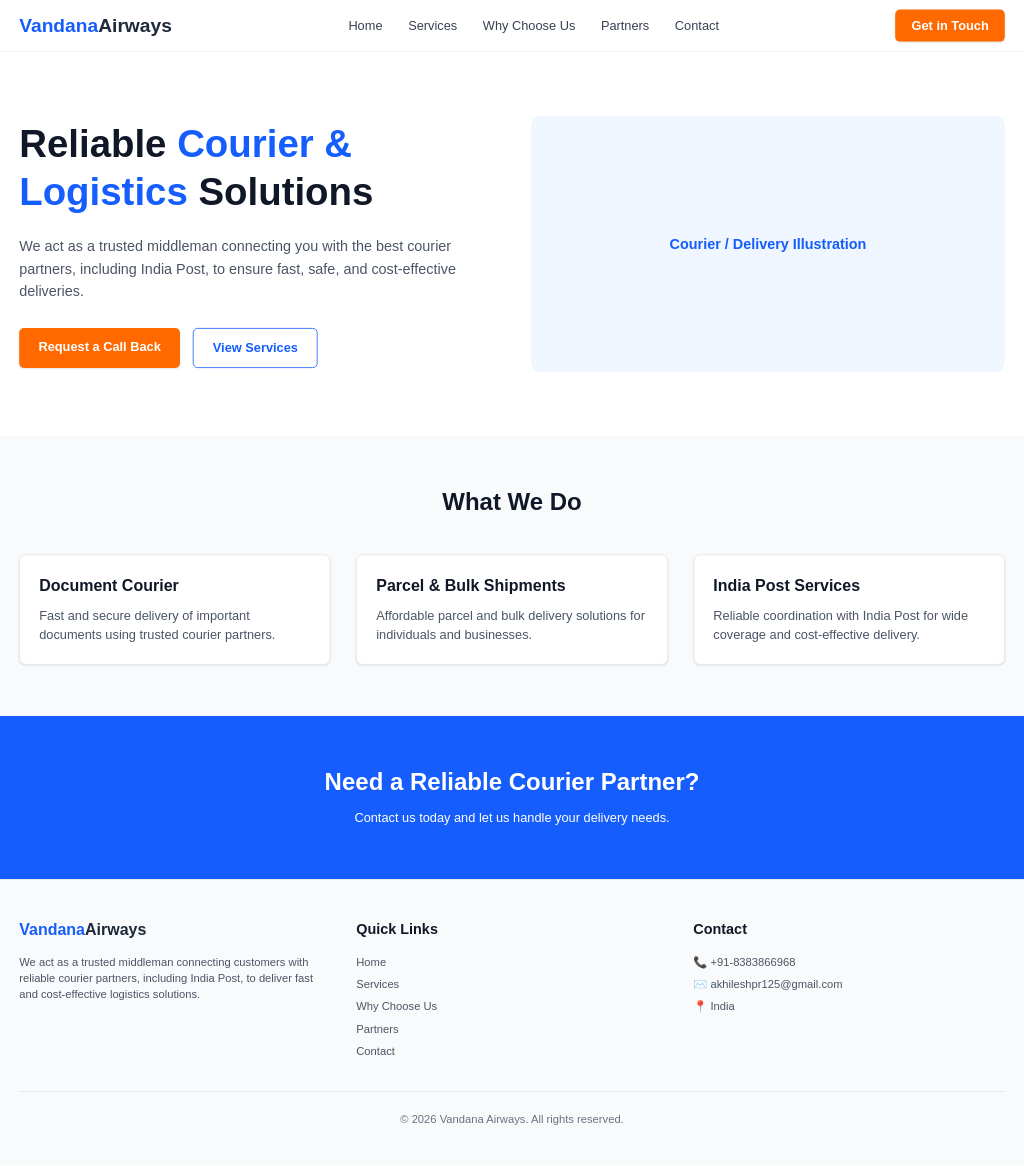
Repository: Rohit-foryou/Courier-Portfolio
Page: /
The author's editor kept a copy of each file at every save. The page is drawn from the files as they stood at one save, then again after the next save.
The browser window is 1280 px wide. The pictures show the whole page, at 80% of full size.
The project was rebuilt for these pictures with package versions that can differ from the ones it lists, and the page was loaded fresh each time. The framework's server and built-in components were replaced by stand-ins that run in the browser. Also part of the build but not shown: next.config.ts.

Above is the page before, as saved 2026-02-07 16:38:37.

### app/layout.tsx
import "./globals.css";
import Navbar from "../components/Navbar";
import Footer from "../components/Fotter";

export const metadata = {
  title: "Courier Portfolio",
  description: "Courier & logistics service portfolio website",
};

export default function RootLayout({
  children,
}: {
  children: React.ReactNode;
}) {
  return (
    <html lang="en">
      <body>
        <Navbar />
        <main className="min-h-screen">{children}</main>
        <Footer />
      </body>
    </html>
  );
}

### app/page.tsx
import HeroSection from "../components/HeroSection";
import ServicesOverview from "../components/ServiceOverview";
import CTASection from "../components/CTASection";

export default function HomePage() {
  return (
    <>
      <HeroSection />
      <ServicesOverview />
      <CTASection />
    </>
  );
}

### components/Navbar.tsx
import Link from "next/link";

export default function Navbar() {
  return (
    <nav className="w-full bg-white border-b border-gray-100">
      <div className="max-w-7xl mx-auto px-6">
        <div className="flex items-center justify-between h-16">

          {/* Logo */}
          <div className="flex items-center">
            <span className="text-2xl font-bold text-blue-600">
              Vandana<span className="text-gray-800">Airways</span>
            </span>
          </div>

          {/* Navigation Links */}
          <div className="hidden md:flex items-center space-x-8 text-gray-700 font-medium">
            <Link href="/" className="hover:text-blue-600 transition">
              Home
            </Link>
            <Link href="/services" className="hover:text-blue-600 transition">
              Services
            </Link>
            <Link href="/why-choose-us" className="hover:text-blue-600 transition">
              Why Choose Us
            </Link>
            <Link href="/partners" className="hover:text-blue-600 transition">
              Partners
            </Link>
            <Link href="/contact" className="hover:text-blue-600 transition">
              Contact
            </Link>
          </div>

          {/* CTA Button */}
          <div className="flex items-center">
            <Link
              href="/contact"
              className="bg-orange-500 text-white px-5 py-2 rounded-md font-semibold hover:bg-orange-600 transition shadow-sm"
            >
              Get in Touch
            </Link>
          </div>
        </div>
      </div>
    </nav>
  );
}

### components/Fotter.tsx
import Link from "next/link";

export default function Footer() {
  return (
    <footer className="bg-gray-50 border-t border-gray-200">
      <div className="max-w-7xl mx-auto px-6 py-12">

        <div className="grid grid-cols-1 md:grid-cols-3 gap-8">

          {/* Brand / About */}
          <div>
            <h3 className="text-xl font-bold text-blue-600">
              Vandana<span className="text-gray-800">Airways</span>
            </h3>
            <p className="mt-4 text-gray-600 text-sm">
              We act as a trusted middleman connecting customers with reliable
              courier partners, including India Post, to deliver fast and
              cost-effective logistics solutions.
            </p>
          </div>

          {/* Quick Links */}
          <div>
            <h4 className="text-lg font-semibold text-gray-900">
              Quick Links
            </h4>
            <ul className="mt-4 space-y-2 text-gray-600 text-sm">
              <li><Link href="/">Home</Link></li>
              <li><Link href="/services">Services</Link></li>
              <li><Link href="/why-choose-us">Why Choose Us</Link></li>
              <li><Link href="/partners">Partners</Link></li>
              <li><Link href="/contact">Contact</Link></li>
            </ul>
          </div>

          {/* Contact Info */}
          <div>
            <h4 className="text-lg font-semibold text-gray-900">
              Contact
            </h4>
            <ul className="mt-4 space-y-2 text-gray-600 text-sm">
              <li>📞 +91-8383866968</li>
              <li>✉️ akhileshpr125@gmail.com</li>
              <li>📍 India</li>
            </ul>
          </div>

        </div>

        {/* Bottom Bar */}
        <div className="mt-10 border-t border-gray-200 pt-6 text-center text-sm text-gray-500">
          © {new Date().getFullYear()} Vandana Airways. All rights reserved.
        </div>
      </div>
    </footer>
  );
}

### components/HeroSection.tsx
import Link from "next/link";

export default function HeroSection() {
  return (
    <section className="bg-white">
      <div className="max-w-7xl mx-auto px-6 py-20 grid grid-cols-1 md:grid-cols-2 gap-12 items-center">

        {/* Left Content */}
        <div>
          <h1 className="text-4xl md:text-5xl font-bold text-gray-900 leading-tight">
            Reliable <span className="text-blue-600">Courier & Logistics</span>{" "}
            Solutions
          </h1>

          <p className="mt-6 text-lg text-gray-600">
            We act as a trusted middleman connecting you with the best courier
            partners, including India Post, to ensure fast, safe, and
            cost-effective deliveries.
          </p>

          {/* CTA Buttons */}
          <div className="mt-8 flex flex-wrap gap-4">
            <Link
              href="/contact"
              className="bg-orange-500 text-white px-6 py-3 rounded-md font-semibold hover:bg-orange-600 transition shadow-sm"
            >
              Request a Call Back
            </Link>

            <Link
              href="/services"
              className="border border-blue-600 text-blue-600 px-6 py-3 rounded-md font-semibold hover:bg-blue-50 transition"
            >
              View Services
            </Link>
          </div>
        </div>

        {/* Right Visual */}
        <div className="flex justify-center">
          <div className="w-full h-72 md:h-80 bg-blue-50 rounded-xl flex items-center justify-center text-blue-600 font-semibold text-lg">
            Courier / Delivery Illustration
          </div>
        </div>

      </div>
    </section>
  );
}

### components/ServiceOverview.tsx
import ServiceCard from "./ServiceCard";

export default function ServiceOverview() {
  return (
    <section className="bg-gray-50 py-16">
      <div className="max-w-7xl mx-auto px-6">
        <h2 className="text-3xl font-bold text-center text-gray-900">
          What We Do
        </h2>

        <div className="mt-12 grid grid-cols-1 md:grid-cols-3 gap-8">
          <ServiceCard
            title="Document Courier"
            description="Fast and secure delivery of important documents using trusted courier partners."
          />
          <ServiceCard
            title="Parcel & Bulk Shipments"
            description="Affordable parcel and bulk delivery solutions for individuals and businesses."
          />
          <ServiceCard
            title="India Post Services"
            description="Reliable coordination with India Post for wide coverage and cost-effective delivery."
          />
        </div>
      </div>
    </section>
  );
}

### components/CTASection.tsx
export default function CTASection() {
  return (
    <section className="bg-blue-600 py-16 text-center text-white">
      <h2 className="text-3xl font-bold">
        Need a Reliable Courier Partner?
      </h2>
      <p className="mt-4">
        Contact us today and let us handle your delivery needs.
      </p>
    </section>
  );
}

### components/ServiceCard.tsx
type ServiceCardProps = {
  title: string;
  description: string;
};

export default function ServiceCard({ title, description }: ServiceCardProps) {
  return (
    <div className="bg-white border border-gray-200 rounded-lg p-6 shadow-sm hover:shadow-md transition">
      <h3 className="text-xl font-semibold text-gray-900">{title}</h3>
      <p className="mt-3 text-gray-600">{description}</p>
    </div>
  );
}

Loaded but not shown: app/globals.css (common file)

After the next save:
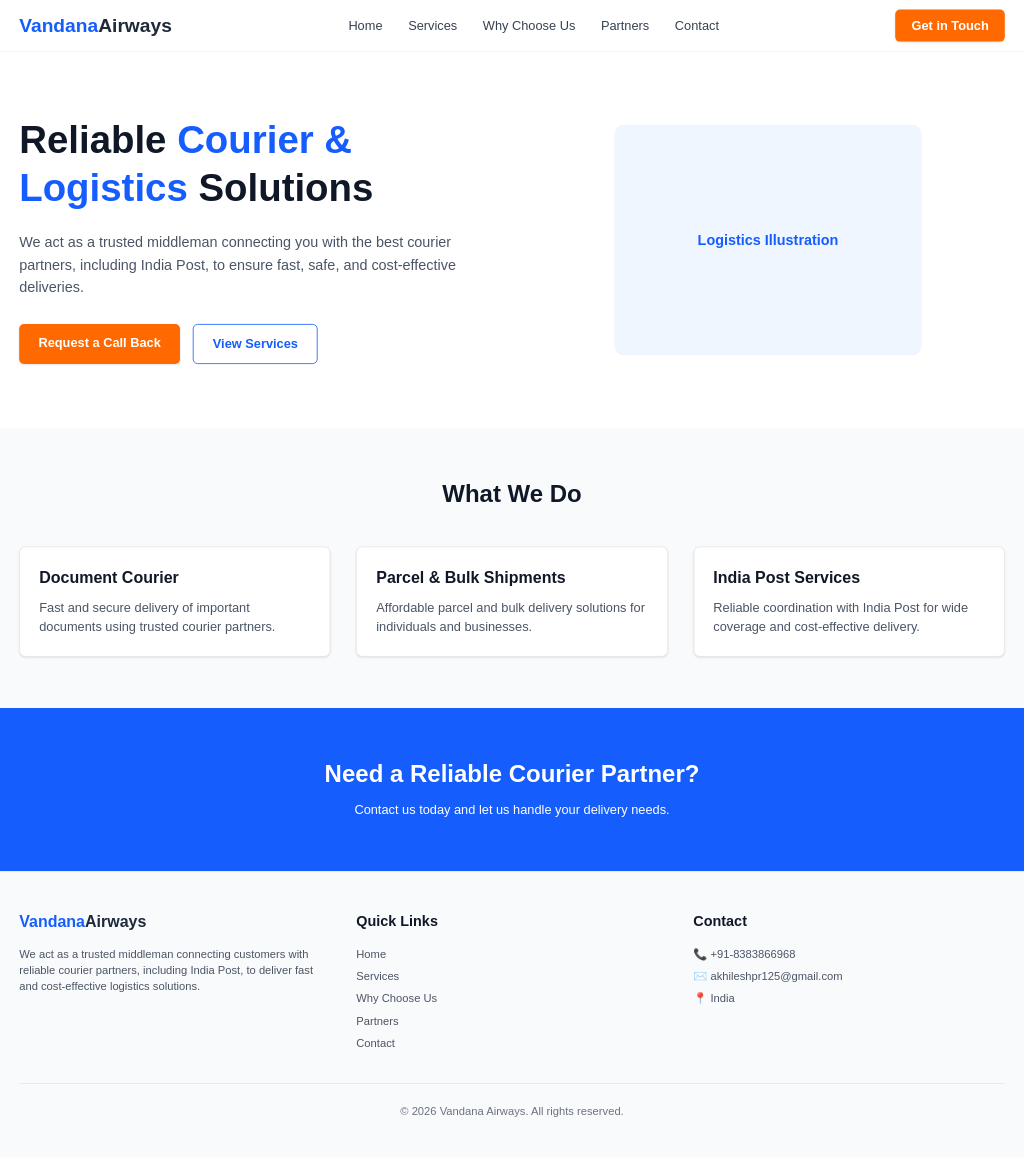
Saved 2 min 10 s later.
--- a/components/HeroSection.tsx
+++ b/components/HeroSection.tsx
@@ -38,10 +38,11 @@
 
         {/* Right Visual */}
         <div className="flex justify-center">
-          <div className="w-full h-72 md:h-80 bg-blue-50 rounded-xl flex items-center justify-center text-blue-600 font-semibold text-lg">
-            Courier / Delivery Illustration
-          </div>
-        </div>
+  <div className="w-96 h-72 bg-blue-50 rounded-xl flex items-center justify-center text-blue-600 font-semibold text-lg">
+    Logistics Illustration
+  </div>
+</div>
+
 
       </div>
     </section>

After the save that followed:
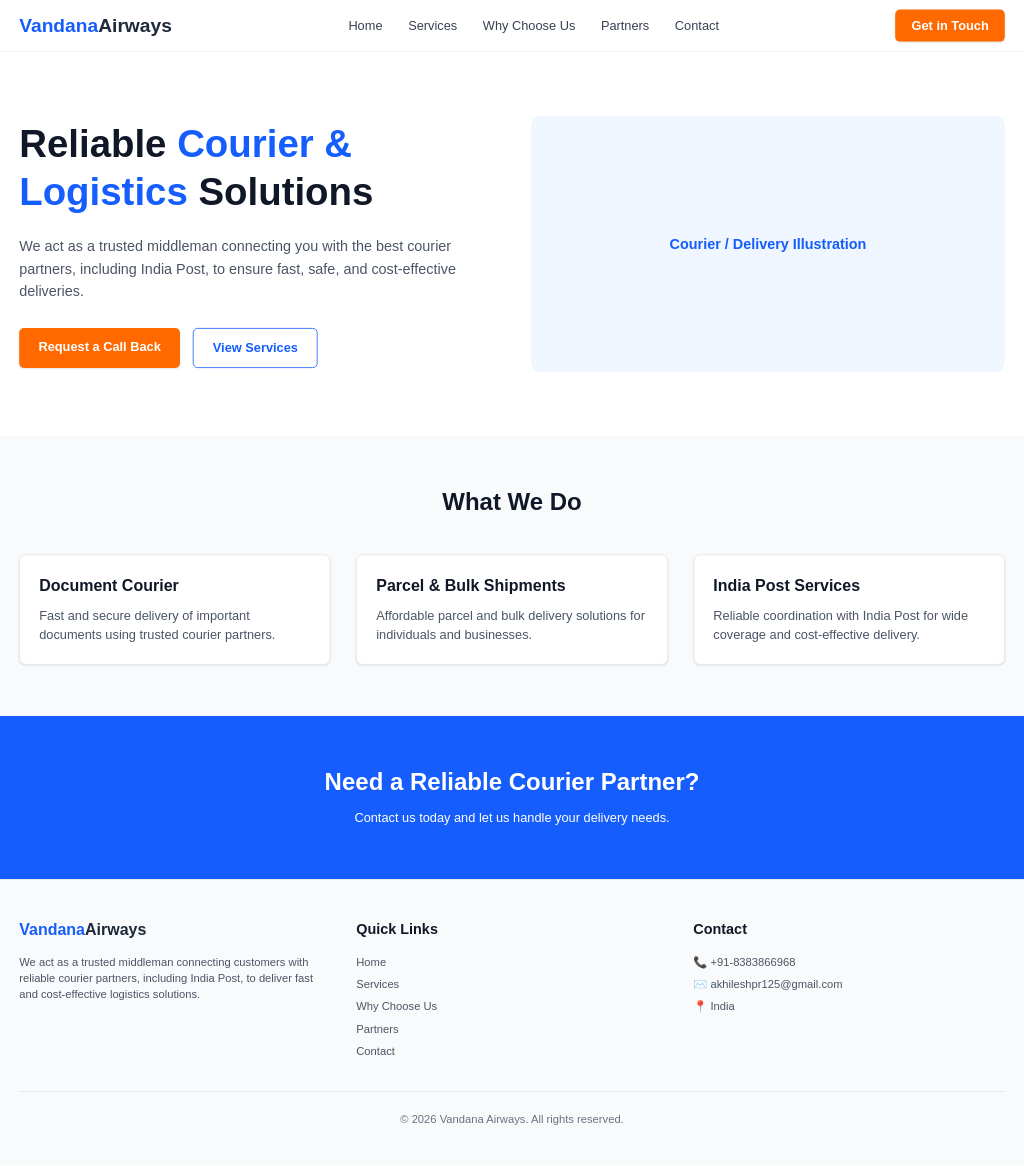
Saved 6 s later.
--- a/components/HeroSection.tsx
+++ b/components/HeroSection.tsx
@@ -38,11 +38,10 @@
 
         {/* Right Visual */}
         <div className="flex justify-center">
-  <div className="w-96 h-72 bg-blue-50 rounded-xl flex items-center justify-center text-blue-600 font-semibold text-lg">
-    Logistics Illustration
-  </div>
-</div>
-
+          <div className="w-full h-72 md:h-80 bg-blue-50 rounded-xl flex items-center justify-center text-blue-600 font-semibold text-lg">
+            Courier / Delivery Illustration
+          </div>
+        </div>
 
       </div>
     </section>
